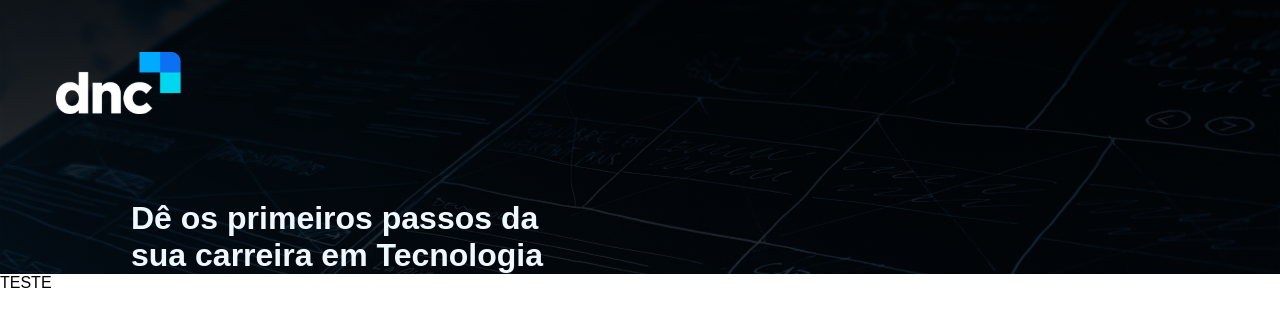
Repository: kleber-goncalves/Landing-Page-dnc
Page: src/index.html
The author's editor kept a copy of each file at every save. The page is drawn from the files as they stood at one save, then again after the next save.
The browser window is 1280 px wide. The pictures show the whole page.

Above is the page before, as saved 2024-12-09 19:42:20.

After the next save:
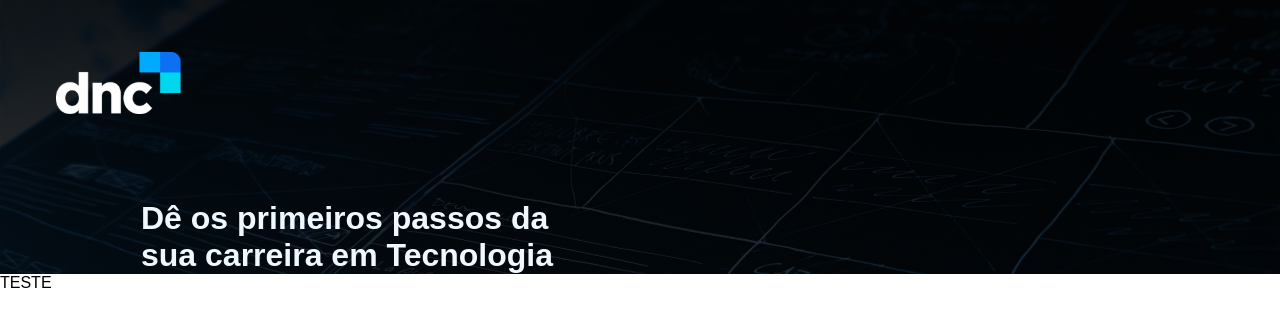
Saved 11 s later.
--- a/src/style.css
+++ b/src/style.css
@@ -23,6 +23,6 @@
 
 #titulo {
   display: flex;
-  margin-left: -50px;
+  margin-left: -40px;
   margin-top: 200px;
 }
